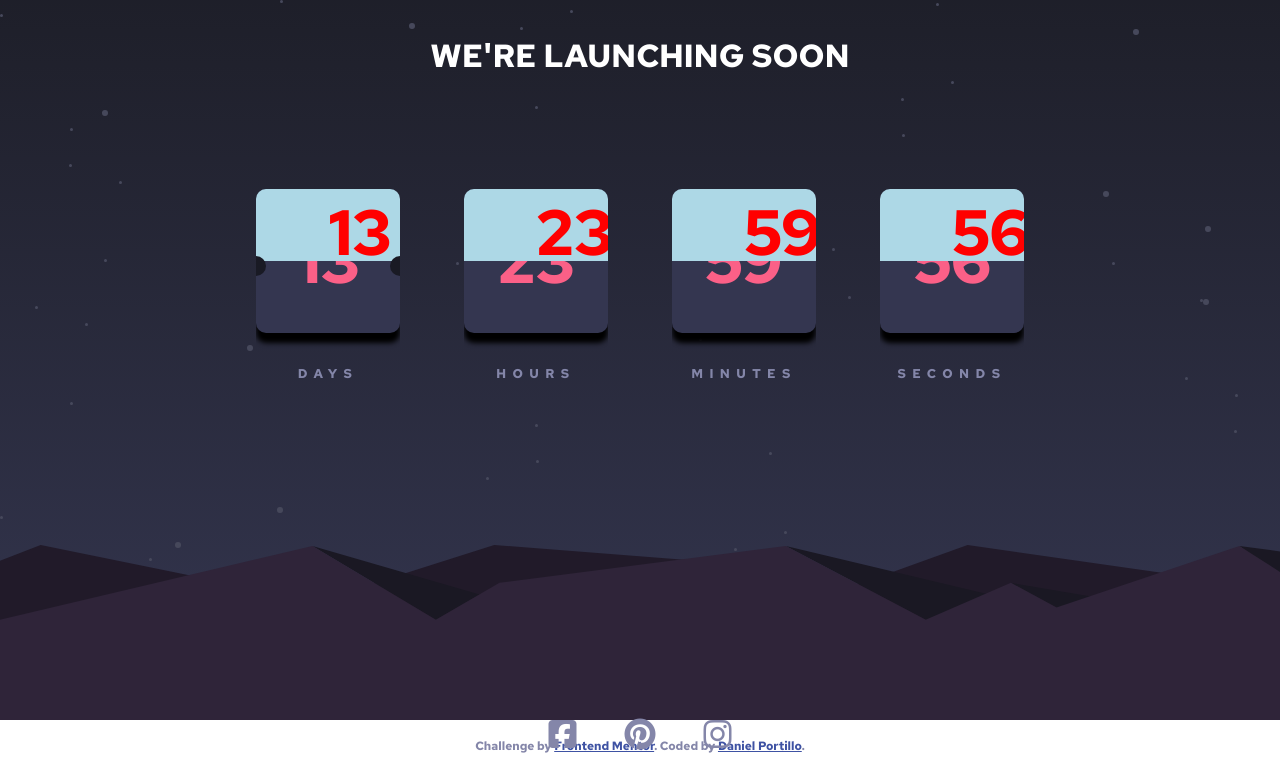
Repository: dportillo23/launch-countdown-timer-main
Page: index.html
An editor plug-in stored every save of this project. The page is shown before and after the next save, followed by the edit.
The browser window is 1280 px wide. The pictures show the whole page.
Some web libraries are served in a nearby version. The style sheet was rebuilt from its Sass, Less or Tailwind sources for each picture, by a compiler version that may differ from the author's.

Above is the page before, as saved 2021-07-02 10:24:36.

### index.html
<!DOCTYPE html>
<html lang="en">

<head>
  <meta charset="UTF-8">
  <meta name="viewport" content="width=device-width, initial-scale=1.0">

  <!-- displays site properly based on user's device -->
  <link rel="stylesheet" href="style.css">
  <link rel="icon" type="image/png" sizes="32x32" href="./images/favicon-32x32.png">

  <!-- Fontawesome connection -->
  <script src="https://kit.fontawesome.com/22e099610c.js" crossorigin="anonymous"></script>
  <link rel="stylesheet" href="path/to/font-awesome/css/font-awesome.min.css">

  <!-- Google fonts -->
  <link rel="preconnect" href="https://fonts.gstatic.com">
  <link href="https://fonts.googleapis.com/css2?family=Red+Hat+Text:wght@700&display=swap" rel="stylesheet">

  <title>Frontend Mentor | Launch countdown timer</title>

</head>

<body>
  <div class="header">
    <div class="container">

      <h1 class="title">We're launching soon</h1>

      <!-- Cards Section -->
      <div class="cards--section">

        <!-- Days card -->
        <div class="cards--container">
          <div class="circle left"></div>
          <div class="card--number--container days" id="days">

            14

          </div>
          <div class="circle right"></div>
          <h3 class="card--subtitle">Days</h3>
        </div>

        <!-- Hours card -->
        <div class="cards--container">
          <div class="card--number--container front  hours" id="hours">
            00
          </div>
          <h3 class="card--subtitle">Hours</h3>
        </div>

        <!-- Minutes card -->
        <div class="cards--container">
          <div class="card--number--container  minutes" id="minutes">
            00
          </div>
          <h3 class="card--subtitle">Minutes</h3>
        </div>

        <!-- Seconds card -->
        <div class="cards--container">
          <div class="card--number--container seconds" data-value="" id="seconds">
           00
          </div>
          <h3 class="card--subtitle">Seconds</h3>
        </div>
      </div>

      <!-- Social media icons section -->
      <div class="social--container">
        <img src="./images/pattern-hills.svg" alt="hills" srcset="">
        <a href=""><i class="fab fa-facebook-square"></i></a></i><a href=""><i class="fab fa-pinterest"></i></a><a
          href=""><i class="fab fa-instagram"></i></a></div>
    </div>
  </div>

<!-- Footer -->
  <footer>
    <div class="attribution">
      Challenge by <a href="https://www.frontendmentor.io?ref=challenge" target="_blank">Frontend Mentor</a>.
      Coded by <a href="https://dportillo23.github.io/My-Personal-Site/">Daniel Portillo</a>.
    </div>
  </footer>

  <script src="app.js"></script>
</body>

</html>

### app.js
// Constants
const seconds = 1000;
const minutes = seconds * 60;
const hours = minutes * 60;
const days = hours * 24;


// Functions
// Function to make the difference between end and actual time
function difference(endTime, startTime) {
    return endTime - startTime;
}

//Change 60 for 00
const sixtyToZero = num => {
    if (num == 60) {
        num = "00"
    }

    return num
}


//  Function to add leading zeros if needed
function addLeadingZero(num) {
    if (num < 10) {
        num = "0" + num;
    }
    return num;
}

// Card object definition
class Card {
    constructor(_class, _initialTime) {
        this.card = document.getElementById(_class);
        this.actualTime = _initialTime;
        this.pastTime = _initialTime;
        this.updateTimer(this.actualTime);
    }

    setNewTimes(_time) {
        this.pastTime = this.actualTime;
        this.actualTime = sixtyToZero(addLeadingZero(_time));
        this.updateTimer();
        this.setDataAttribute();
        if (this.actualTime !== this.pastTime) {
            console.log(this.actualTime, this.pastTime);
            this.flipCard()
        }
    }

    updateTimer() {
        this.card.innerHTML = this.actualTime;
    }

    flipCard() {
        console.log("Flip Card " + this.card.id);
    }

    setDataAttribute() {
        this.card.setAttribute("data-value", this.actualTime)
    }
}


// Create Card Objects
const daysCard = new Card("days", "14");
const hoursCard = new Card("hours", "00");
const minutesCard = new Card("minutes", "00");
const secondsCard = new Card("seconds", "00");


// Set counter final day
const finish = new Date();
finish.setDate(finish.getDate() + 14);


// Start countdown
setInterval(() => {
    const actualTime = new Date();
    const timeDifference = difference(finish, actualTime);

    daysCard.setNewTimes(Math.floor(timeDifference / days));
    hoursCard.setNewTimes(Math.floor((timeDifference % days) / hours));
    minutesCard.setNewTimes(Math.floor((timeDifference % hours) / minutes));
    secondsCard.setNewTimes((Math.floor((timeDifference % minutes) / seconds) + 1));

}, 1000);

### style.scss
*,
*::before,
*::after {
    box-sizing: border-box;
    margin: 0;
}

$col-ppal: hsl(237, 18%, 59%);
$col-red: hsl(345, 95%, 68%);

$col-dark: hsl(236, 21%, 26%);
$col-dark-blue: hsl(235, 16%, 14%);
$col-darker: hsl(234, 17%, 12%);

body {
    font-family: 'Red Hat Text', sans-serif;
    color: $col-ppal;
}

.header {
    min-height: 100vh;
    display: flex;
    flex-direction: column;
    justify-content: center;
    align-items: center;
    background: linear-gradient($col-dark-blue, $col-dark);
}

.container {
    min-height: 100vh;
    width: 100%;
    display: flex;
    flex-direction: column;
    justify-content: center;
    align-items: center;
    gap: 7em;
    position: relative;
    background: url('./images/bg-stars.svg');
}

.title {
    text-transform: uppercase;
    color: #fff;
}

// Cards Secition

.cards--section {
    display: flex;
    gap: 4em;
    padding-bottom: 10em;
}

.cards--container {
    display: flex;
    flex-direction: column;
    gap: 2em;
    justify-content: center;
    align-items: center;
    position: relative;
    overflow: hidden;

}

.card--number--container {
    display: flex;
    justify-content: center;
    align-items: center;
    padding: 1em;
    width: 2.25em;
    height: 2.25em;
    background-color: $col-dark;
    border-radius: 10px;
    box-shadow: 0 10px 5px black;
    position: relative;
    overflow: hidden;
    transition: all 0.5s ease;
    color: $col-red;
    font-size: 4rem;

    &::before {
        content: attr(data-value);
        width: 100%;
        height: 50%;
        color: red;
        background-color: lightblue;
        padding: 1px 50%;
        position: absolute;
        z-index: 1;
        top: 0;
    }

    // &::after {
    //     content: attr(data-value);
    //     width: 100%;
    //     height: 100%;
    //     color: blue;
    //     position: absolute;
    //     display: flex;
    //     justify-content: center;
    //     align-items: center;
    // }


}

.circle {
    height: 20px;
    width: 20px;
    border-radius: 50%;
    background-color: $col-darker;
    position: absolute;
    z-index: 2;
    top: 35%;

    &.left {
        left: -10px;
    }

    &.right {
        right: -10px;
    }
}

.card--subtitle {
    text-transform: uppercase;
    letter-spacing: 0.5em;
    font-size: 0.8em;
}

// Social media section

.social--container {
    width: 100%;
    height: 100%;
    display: flex;
    align-items: center;
    justify-content: center;
    gap: 3em;
    // background: lightblue;

    img {
        width: 100%;

        position: absolute;
        z-index: 0;
        bottom: 0;
    }
}

.fab {
    position: relative;
    top: 2em;
    z-index: 1;
    font-size: 2rem;
    color: $col-ppal;

    &:hover {
        color: $col-red;
    }
}

// Footer

.attribution {
    padding: 1.5em;
    font-size: 12px;
    text-align: center;

    a {
        color: hsl(228, 45%, 44%);
    }
}

After the next save:
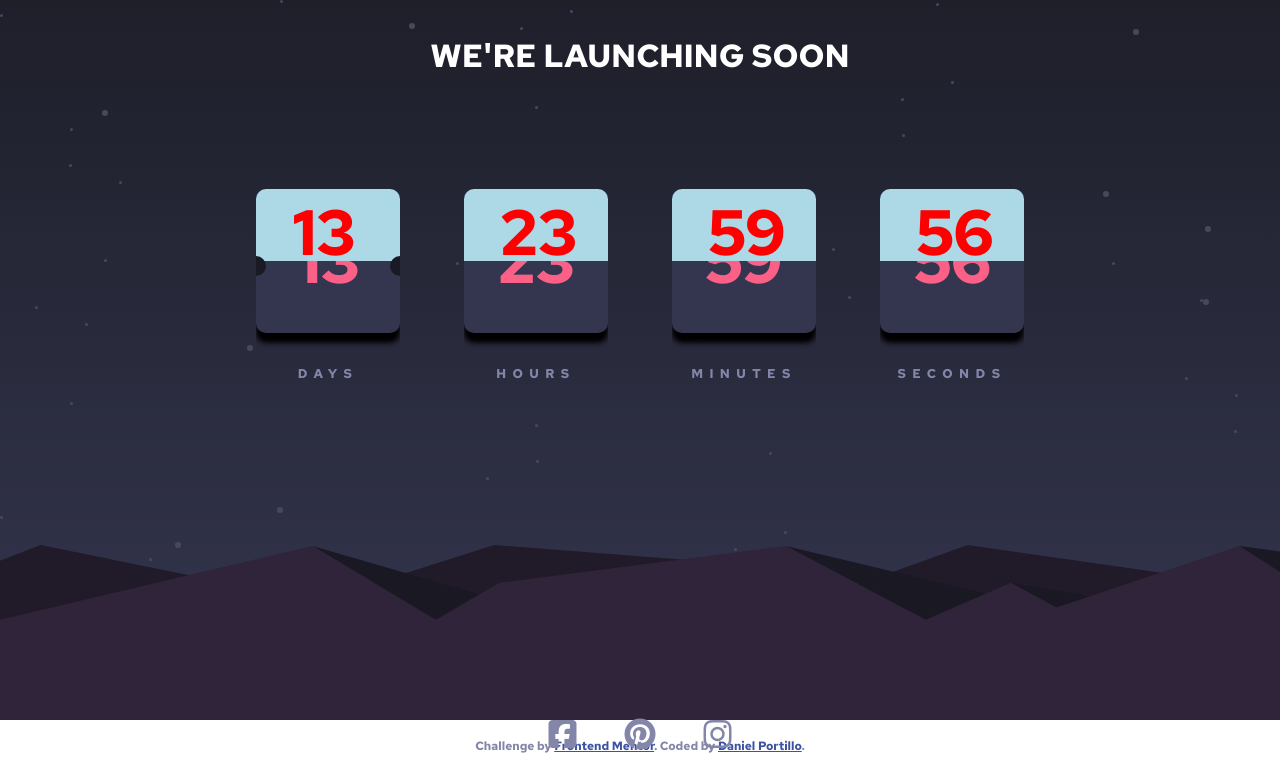
Saved 9 s later.
--- a/style.scss
+++ b/style.scss
@@ -84,7 +84,7 @@ body {
         height: 50%;
         color: red;
         background-color: lightblue;
-        padding: 1px 50%;
+        padding: 1px 25%;
         position: absolute;
         z-index: 1;
         top: 0;
